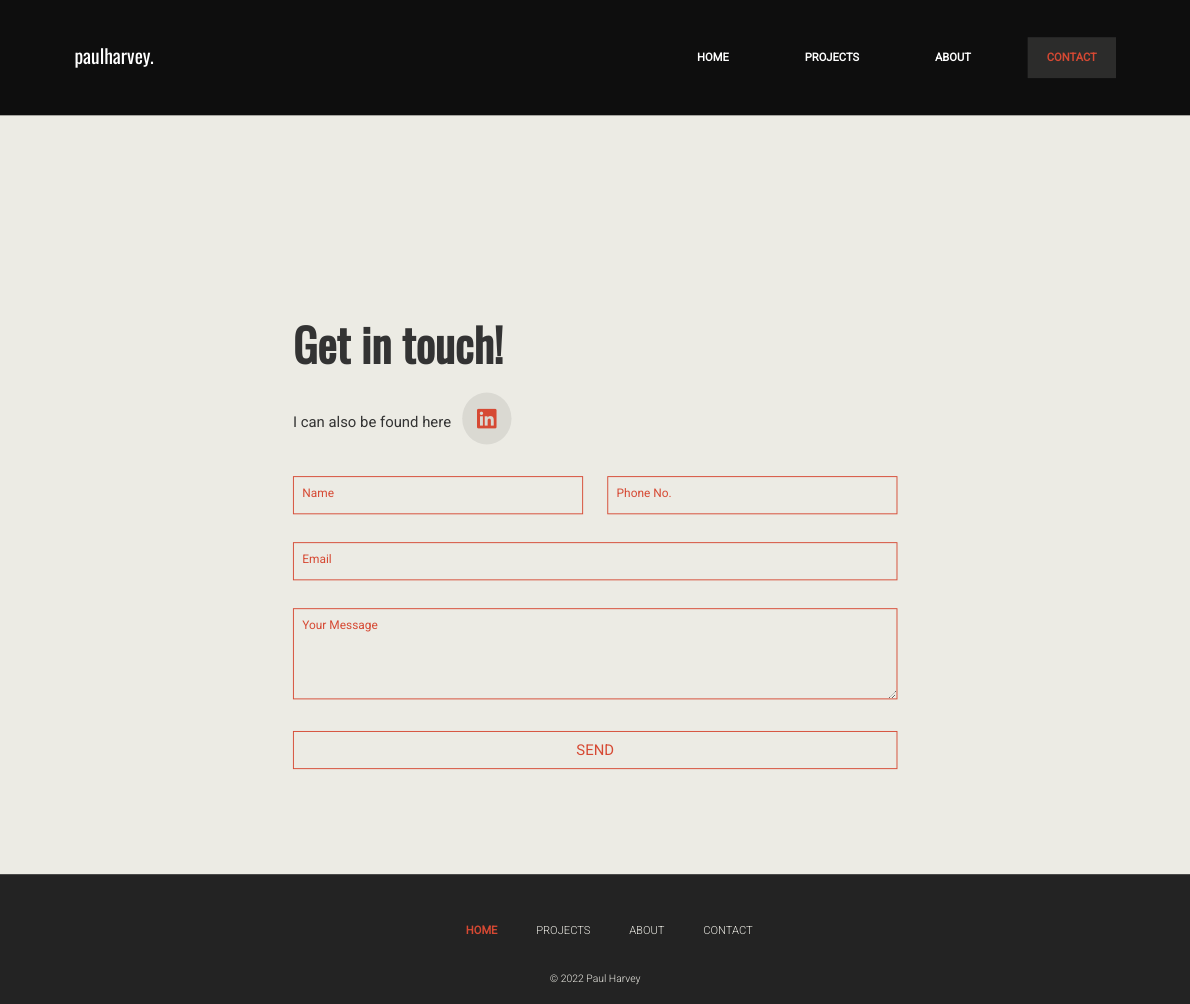
Repository: pavhns20/my-new-portfolio
Page: www/contact.html
These files come from the project's save history. The page is drawn as it stood at one moment and after the next save; the edit follows.
The browser window is 1280 px wide. The pictures show the whole page, at 93% of full size.
Some web libraries are served in a nearby version.

Above is the page before, as saved 2022-01-16 14:38:55.
Console error: TypeError: Cannot read properties of null (reading 'addEventListener')

### www/contact.html
<!DOCTYPE html>
<html lang="en">
	<head>
		<meta charset="UTF-8" />
		<meta name="viewport" content="width=device-width, initial-scale=1.0" />
		<link
			rel="stylesheet"
			href="https://unpkg.com/swiper/swiper-bundle.min.css"
		/>
		<link
			href="https://fonts.googleapis.com/css2?family=Oswald:wght@300;400&display=swap"
			rel="stylesheet"
		/>
		<link rel="preconnect" href="https://fonts.googleapis.com" />
		<link rel="preconnect" href="https://fonts.gstatic.com" crossorigin />
		<link
			href="https://fonts.googleapis.com/css2?family=Roboto+Mono:wght@300;400;500;600&family=Roboto:wght@100;300;400&display=swap"
			rel="stylesheet"
		/>

		<link rel="stylesheet" href="https://unpkg.com/aos@next/dist/aos.css" />

		<link href="main.css" rel="stylesheet" />

		<title>Paul Harvey - UX Designer - Contact page</title>
		<script
			src="https://kit.fontawesome.com/214c7f40bc.js"
			crossorigin="anonymous"
		></script>
	</head>

	<body>
		<header class="home-header">
			<div id="logo">
				<a href="index.html">paulharvey.</a>
			</div>

			<div>
				<nav class="topnav-right">
					<a class="navi" href="index.html">Home</a>
					<a class="navi" href="projects.html">Projects</a>
					<a class="navi" href="about.html">About</a>
					<a class="navi current" href="contact.html">Contact</a>
				</nav>
			</div>
			<div id="burger">
				<svg
					id="Layer_1"
					data-name="Layer 1"
					xmlns="http://www.w3.org/2000/svg"
					width="40"
					height="40"
					viewBox="0 0 35 30"
				>
					<path
						id="top"
						class="line"
						d="M660.53,443.53h25s7.92-.26,3.62-5.76c-2.23-2.85-7.28,2.89-7.28,2.89l-17.68,17.68"
						transform="translate(-660.43 -436.48)"
					/>
					<path
						id="bottom"
						class="line"
						d="M660.43,455.42h25s7.92.26,3.62,5.76c-2.23,2.85-7.28-2.89-7.28-2.89l-17.68-17.68"
						transform="translate(-660.43 -436.48)"
					/>
					<line
						id="middle"
						class="line"
						x1="0.1"
						y1="13.02"
						x2="25.1"
						y2="13.02"
					/>
				</svg>
			</div>

			<aside class="hamburger-menu" id="popup">
				<a class="navi" href="index.html">Home</a>
				<a class="navi" href="projects.html">Projects</a>
				<a class="navi" href="about.html">About</a>
				<a class="navi current" href="contact.html">Contact</a>
			</aside>
		</header>

		<main>
			<section class="contact-hero">
				<div class="form">
					<h1>Get in touch!</h1>
					<span
						>I can also be found here
						<a href="https://www.linkedin.com/in/paulvharvey/">
							<i class="fab fa-linkedin"></i></a
					></span>
					<br /><br />
					<form
						action="https://formsubmit.co/764040bb41c1e84740d6b1c061ad6cff"
						method="POST"
					>
						<input
							type="hidden"
							name="_next"
							value="https://paulharveydesign.com/thankyou.html"
						/>

						<div class="row">
							<div class="input-group">
								<input type="text" id="name" name="name" required />
								<label for="name">Name</label>
							</div>
							<div class="input-group">
								<input type="text" id="number" name="number" required />
								<label for="number">Phone No.</label>
							</div>
						</div>

						<div class="input-group">
							<input type="email" id="email" name="email" required />
							<label for="email">Email</label>
						</div>
						<div class="input-group">
							<textarea
								id="message"
								cols="1"
								rows="4"
								name="message"
								required
							></textarea>
							<label for="message">Your Message</label>
						</div>
						<!-- <input type="text"  name="name" required>
						<label for="name">Name</label> -->
						<!-- <input type="email" name="email" required> -->
						<!-- <input type="textarea" name="textarea" required /> -->
						<button type="submit" class="view-btn" id="big-btn">SEND</button>
					</form>
					<!-- <form
						action="https://formsubmit.co/paulharvey1@gmail.com"
						method="POST"
					>
						<input type="hidden" name="_captcha" value="false" />
						<input type="hidden" name="_subject" value="New email!" />
						<input
							type="hidden"
							name="_next"
							value="https://paulharveydesign.com/thankyou.html"
						/>

						<div class="row">
							<div class="input-group">
								<input type="text" id="name" name="name" required />
								<label for="name">Name</label>
							</div>
							<div class="input-group">
								<input type="text" id="number" name="number" required />
								<label for="number">Phone No.</label>
							</div>
						</div>

						<div class="input-group">
							<input type="email" id="email" name="email" required />
							<label for="email">Email</label>
						</div>
						<div class="input-group">
							<textarea id="message" cols="1" rows="4" name="message" required></textarea>
							<label for="message">Your Message</label>
						</div> -->
					<!-- <button type="submit">SUBMIT</button> -->
					<!-- </form> -->

					<!-- <a class="view-btn" href="contact.html">GET IN TOUCH</a> -->
					<!-- <button type="submit" class="view-btn" id="big-btn">SEND</button> -->
				</div>
			</section>
		</main>

		<footer>
			<ul>
				<li><a href="index.html" class="current">Home</a></li>
				<li><a href="projects.html">Projects</a></li>
				<li><a href="about.html">About</a></li>
				<li><a href="contact.html">Contact</a></li>
			</ul>
			<p>
				&copy;
				<script>
					document.write(new Date().getFullYear());
				</script>
				Paul Harvey
			</p>
		</footer>

		<script src="https://cdnjs.cloudflare.com/ajax/libs/gsap/3.5.1/gsap.min.js"></script>
		<script
			src="https://code.jquery.com/jquery-3.5.1.slim.min.js"
			integrity="sha384-DfXdz2htPH0lsSSs5nCTpuj/zy4C+OGpamoFVy38MVBnE+IbbVYUew+OrCXaRkfj"
			crossorigin="anonymous"
		></script>
		<script
			src="https://cdn.jsdelivr.net/npm/popper.js@1.16.1/dist/umd/popper.min.js"
			integrity="sha384-9/reFTGAW83EW2RDu2S0VKaIzap3H66lZH81PoYlFhbGU+6BZp6G7niu735Sk7lN"
			crossorigin="anonymous"
		></script>
		<script
			src="https://stackpath.bootstrapcdn.com/bootstrap/4.5.2/js/bootstrap.min.js"
			integrity="sha384-B4gt1jrGC7Jh4AgTPSdUtOBvfO8shuf57BaghqFfPlYxofvL8/KUEfYiJOMMV+rV"
			crossorigin="anonymous"
		></script>
		<script src="js/burger.js"></script>
		<script src="js/main.js"></script>
	</body>
</html>

Loaded but not shown: www/js/main.js (174 lines, source omitted); www/js/burger.js (9 lines, source omitted); www/main.css (3013 lines, source omitted)

After the next save:
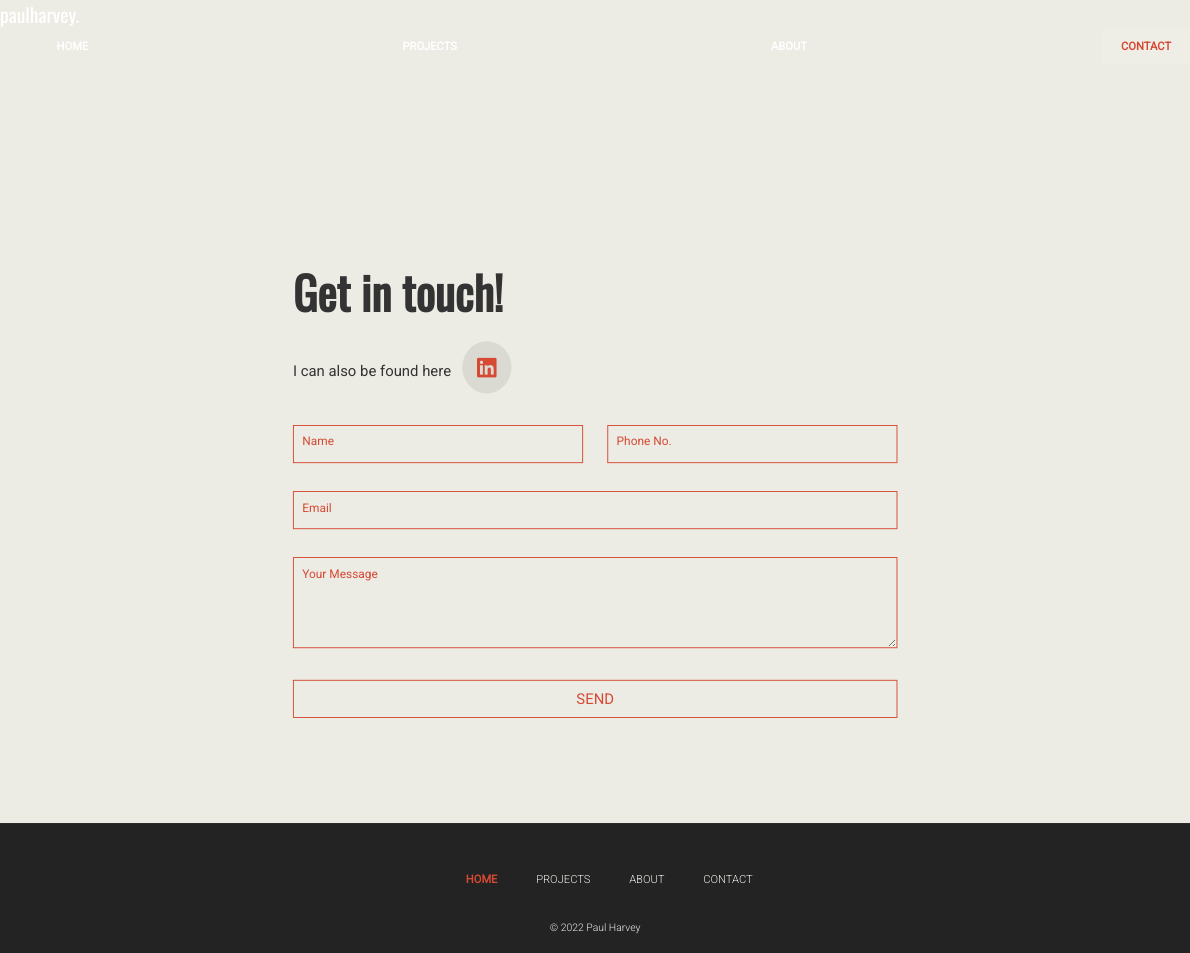
Saved 32 s later.
--- a/www/contact.html
+++ b/www/contact.html
@@ -30,7 +30,7 @@
 	</head>
 
 	<body>
-		<header class="home-header">
+		<header>
 			<div id="logo">
 				<a href="index.html">paulharvey.</a>
 			</div>
